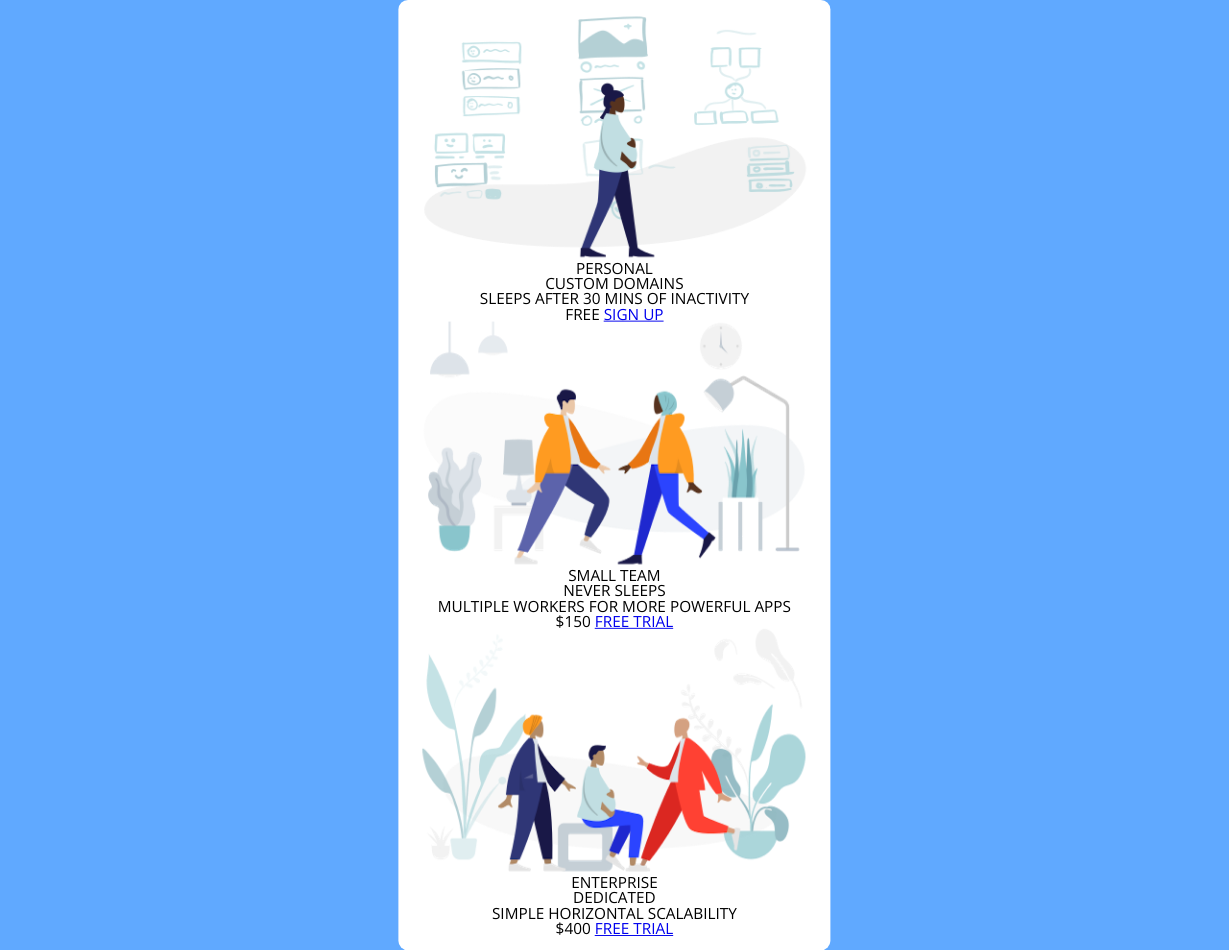
Repository: fatehailey/Pricing-Panel
Page: index.html
The author's editor kept a copy of each file at every save. The page is drawn from the files as they stood at one save, then again after the next save.
The browser window is 1280 px wide. The pictures show the whole page, at 96% of full size.

Above is the page before, as saved 2022-09-05 20:12:46.

After the next save:
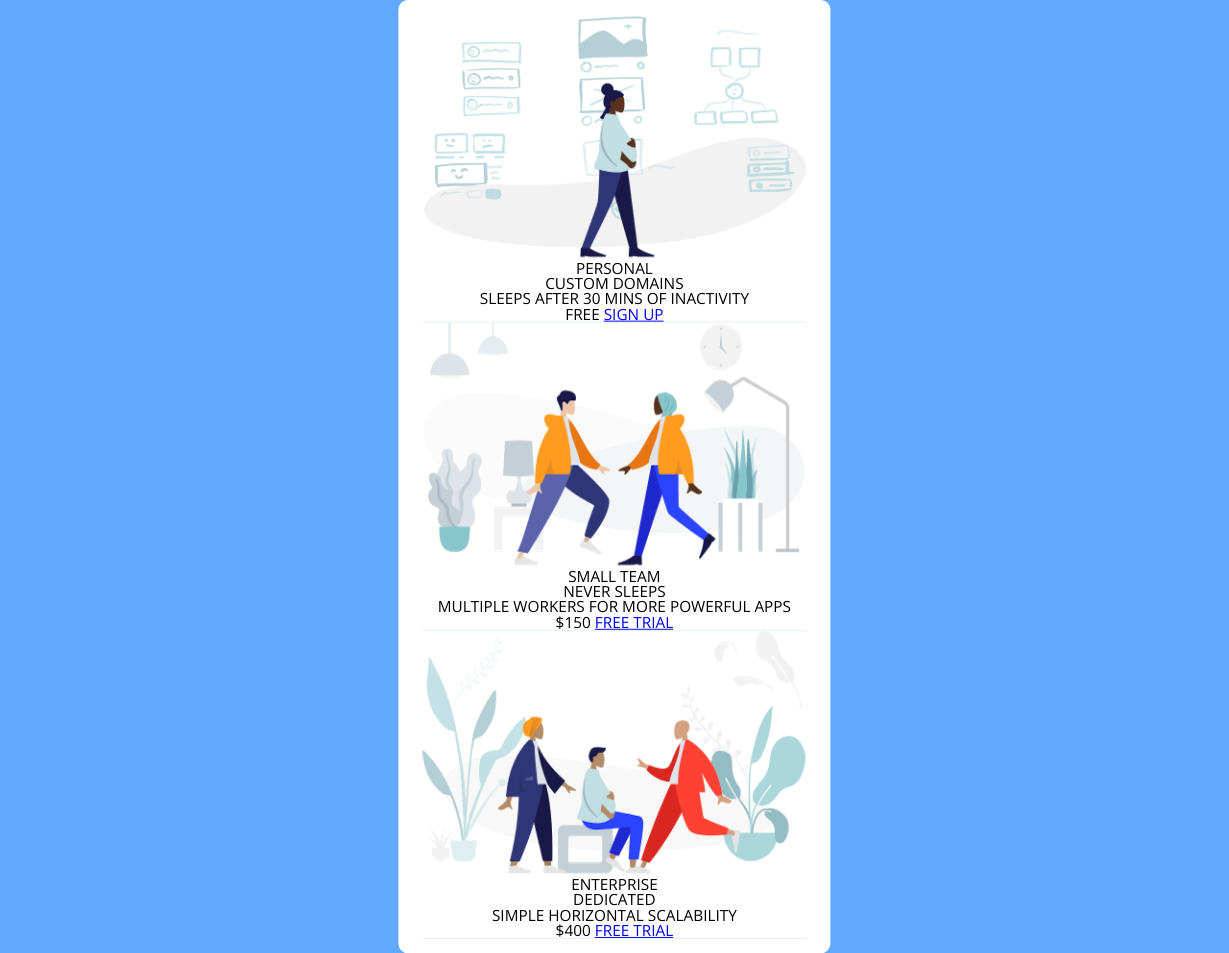
Saved 4 s later.
--- a/app.css
+++ b/app.css
@@ -71,7 +71,7 @@
     text-transform: uppercase;
 }
 
-.pricing-panel{
+.pricing-plan{
     border-bottom: 1px solid #e1f1ff;
 }
 
